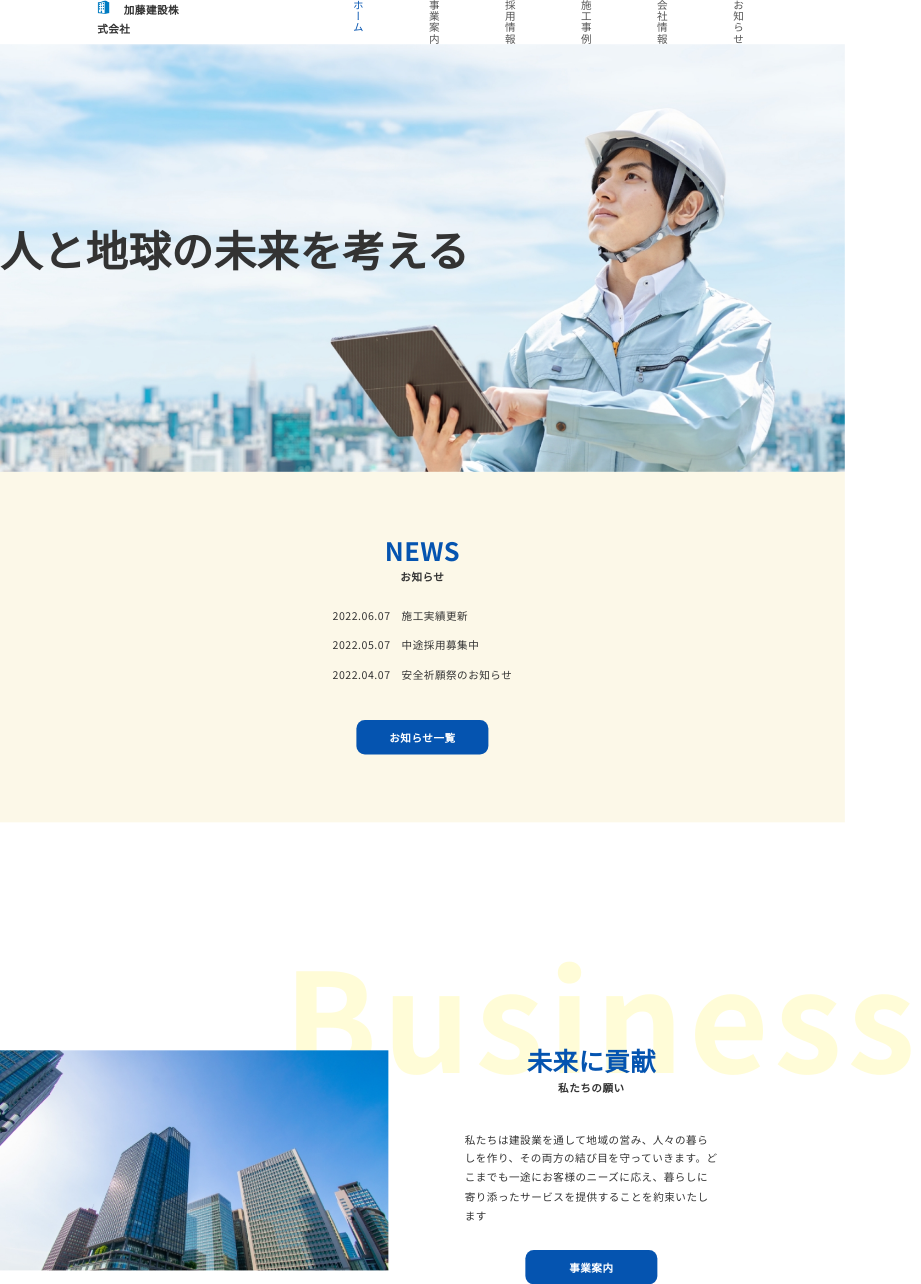
Repository: nozomi-23/hp1_test
Page: index.html
An editor plug-in stored every save of this project. The page is shown before and after a run of saves, followed by the edit.
The browser window is 1280 px wide. The page is 1395 px wide, then 1289 px, so the pictures cover 1395 px, including what lies to the right of the window. The pictures show the whole page, at 66% of full size.

Above is the page before, as saved 2022-06-12 15:21:37.

After the next 2 saves:
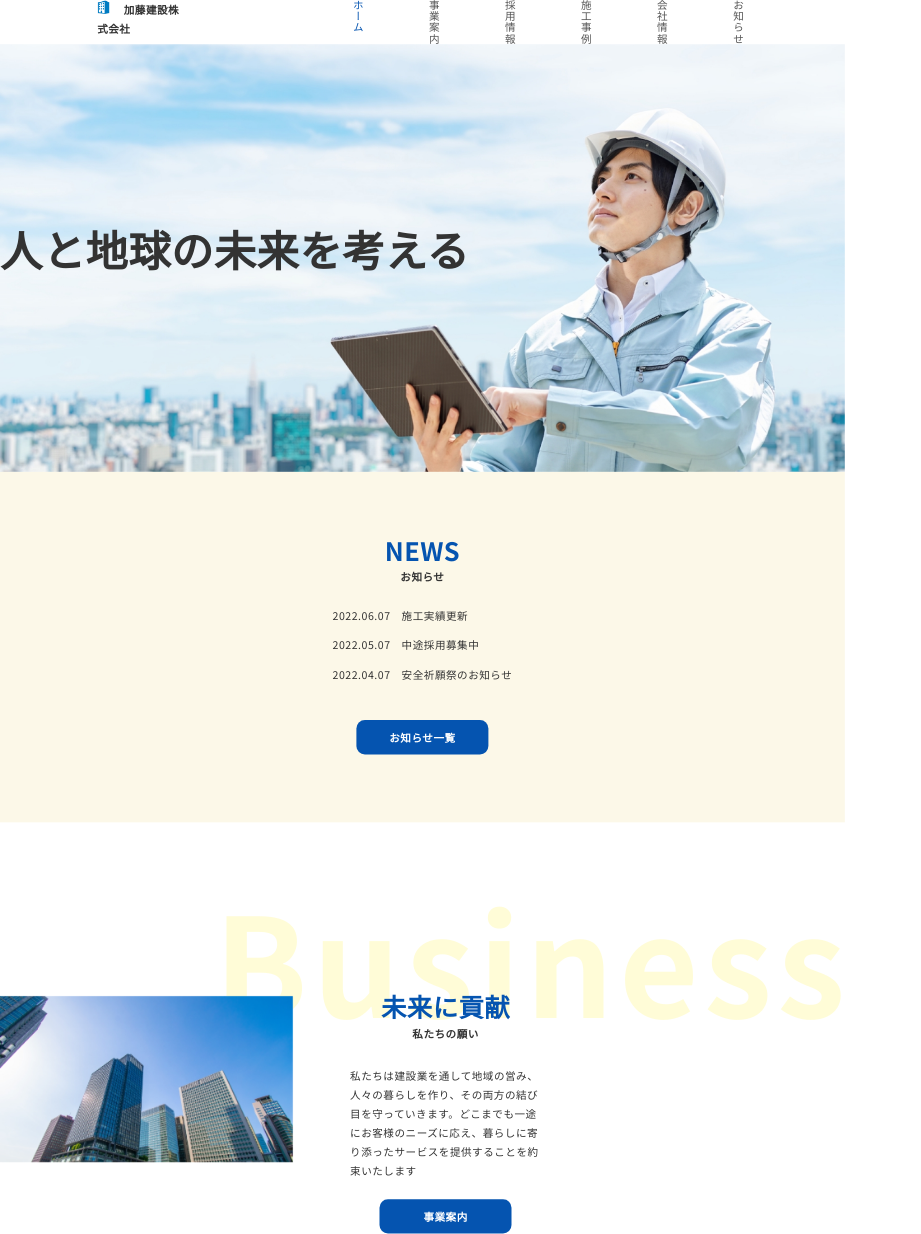
The 2 saves are shown as one change because they came seconds apart.
The last was saved 9 s later.
--- a/css/index.css
+++ b/css/index.css
@@ -80,7 +80,8 @@ news
 business
 ===================*/
 .business_wrapper {
-  po
+  position: absolute;
+  top: 10%;
 }
 .business_all {
   position: relative;
